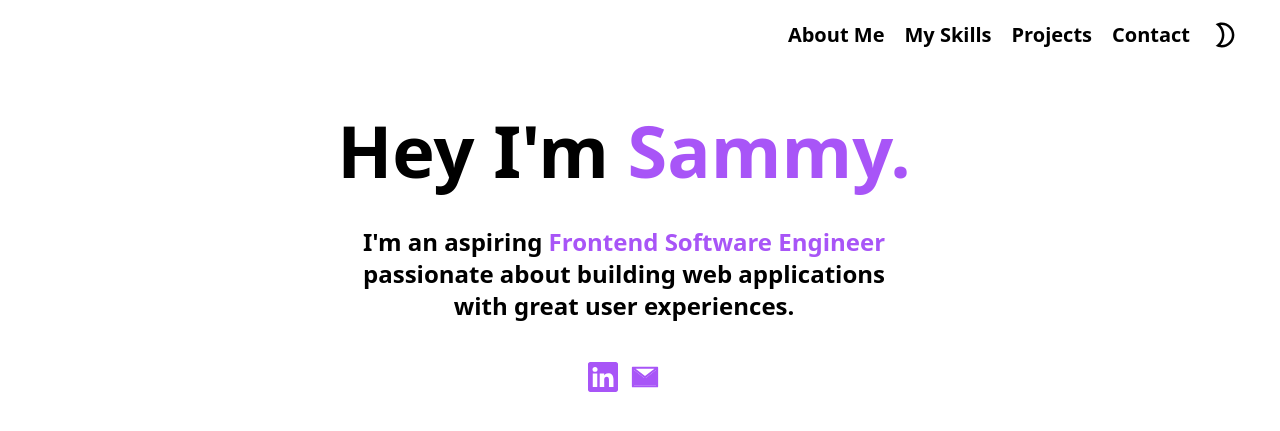
Repository: Al123Kudayyd/e-portfolio
Page: /
These files come from the project's save history. The page is drawn as it stood at one moment and after a run of saves; the edit follows.
The browser window is 1280 px wide. The pictures show the whole page.
The project was rebuilt for these pictures with package versions that can differ from the ones it lists, and the page was loaded fresh each time. The framework's server and built-in components were replaced by stand-ins that run in the browser. Also part of the build but not shown: next.config.js.

Above is the page before, as saved 2023-06-06 22:36:29.

### pages/index.tsx
import Info from "@/components/Info";
import Nav from "@/components/Nav";



export default function Home() {
  return (
    <>
      <Nav />
      <div className="flex justify-center items-center">
        <Info />
        <div className="border-black h-8 w-8 "></div>
      </div>


    </>
  )
}

### components/Info.tsx
import { BsLinkedin } from 'react-icons/bs'
import { AiTwotoneMail } from 'react-icons/ai'

function Info() {
  return (
    <div className="overflow-hidden">
        <div className="space-y-10 my-11 flex-col text-center justify-center items-center">
          <h1 className="text-7xl font-bold">Hey I'm <span className="text-purple-500">Sammy.</span></h1>
          <h3 className="text-2xl font-semibold">I'm an aspiring <span className="text-purple-500">Frontend Software Engineer</span> <br /> passionate about building web applications <br /> with great user experiences.</h3>
          <div className="flex justify-center items-center space-x-3 text-3xl text-purple-500">
            <BsLinkedin />
            <AiTwotoneMail />
          </div>
        </div>
      </div>
  )
}

export default Info

### components/Nav.tsx
import { MdOutlineModeNight } from 'react-icons/md'
import { FaBars } from 'react-icons/fa'

function Nav() {
  return (
    <div className='my-5 mx-10 flex items-center justify-end font-bold cursor-pointer'>
        <FaBars className='flex md:hidden lg:hidden text-2xl hover:text-purple-500 transition' />
        <ul className='md:flex lg:flex hidden space-x-5 items-center justify-end text-xs sm:text-xl'>
            <li className='hover:text-purple-500 transition'>About Me</li>
            <li className='hover:text-purple-500 transition'>My Skills</li>
            <li className='hover:text-purple-500 transition'>Projects</li>
            <li className='hover:text-purple-500 transition'>Contact</li>
            <li><MdOutlineModeNight className='text-3xl hover:scale-110 transition' /></li>

        </ul>

    </div>
  )
}

export default Nav

Loaded but not shown: pages/_app.tsx (common file); pages/_document.tsx (common file); styles/globals.css (common file); tailwind.config.js (common file)

After the next 2 saves:
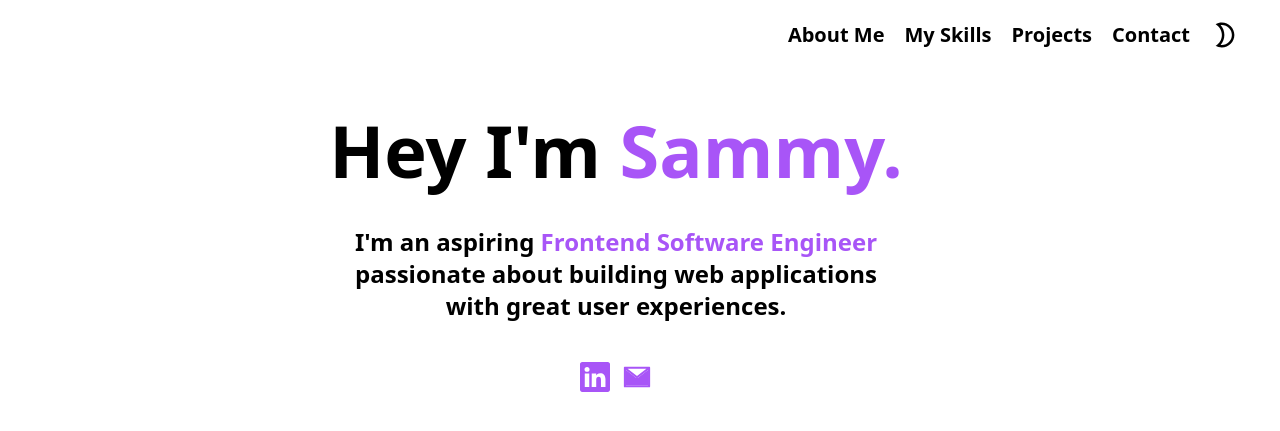
The 2 saves are shown as one change because they came seconds apart.
The last was saved 41 min 48 s later.
--- a/pages/index.tsx
+++ b/pages/index.tsx
@@ -7,7 +7,7 @@
   return (
     <>
       <Nav />
-      <div className="flex justify-center items-center">
+      <div className="flex justify-center items-center space-x-4">
         <Info />
         <div className="border-black h-8 w-8 "></div>
       </div>

After the save that followed:
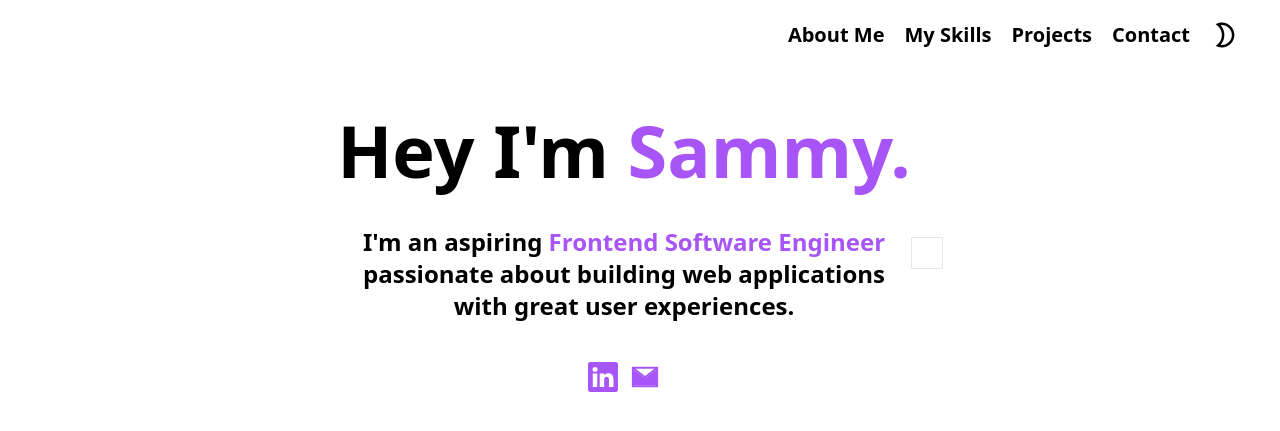
Saved 12 s later.
--- a/pages/index.tsx
+++ b/pages/index.tsx
@@ -7,9 +7,9 @@
   return (
     <>
       <Nav />
-      <div className="flex justify-center items-center space-x-4">
+      <div className="flex justify-center items-center">
         <Info />
-        <div className="border-black h-8 w-8 "></div>
+        <div className="border h-8 w-8 "></div>
       </div>
 
 
